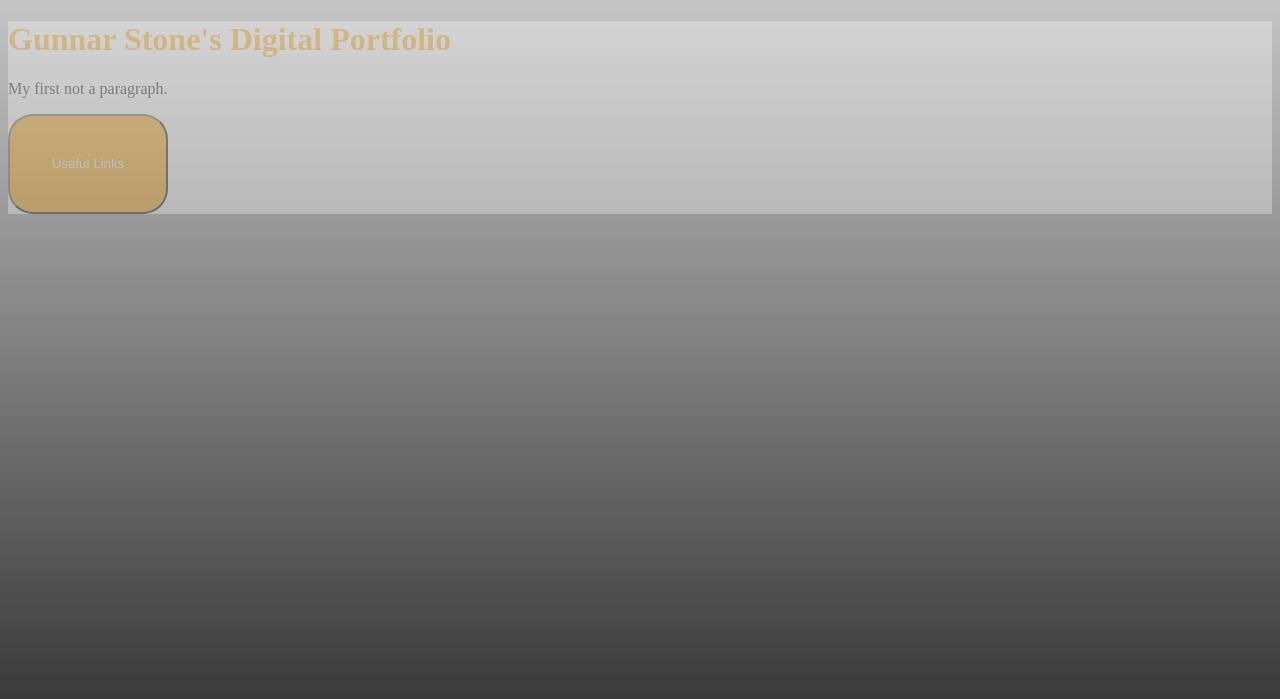
Repository: GunnarStone/GunnarStone.github.io
Page: index.html
The author's editor kept a record of every edit. The page is drawn from the files as they stood at one moment, then again after the next edit.
The browser window is 1280 px wide. The pictures show the whole page.

Above is the page before.

### index.html
<!DOCTYPE html>
<html>
    <head id="grad1">

        <style>
        body {background-color: white;}
        h1   {color: orange;}
        p    {color: black;}
        a:hover {
          background-color: orange;
          color:white;
        }
         .dropbtn {
          border-radius: 25px;
          background: orange;
          padding: 20px;
          width: 160px;
          height: 100px;
          color:white;
        }
        .dropdown {
          position: relative;
          display: inline-block;
        }
        .dropdown-content {
          border-radius: 25px;
          display: none;
          position: absolute;
          background-color: grey;
          min-width: 160px;
          box-shadow: 0px 8px 16px 0px rgba(0,0,0,0.2);
          z-index: 1;
        }
        .dropdown-content a {
         border-radius:25px;
         color: black;
         padding: 12px 16px;
         text-decoration: none;
         display: block;
        }
        .dropdown-content a:hover {color:white;}
        .dropdown-content a:hover {background-color: Orange;}
        .dropdown:hover .dropdown-content {display: block;}
        .dropdown:hover .dropbtn {background-color: orange;}
        .dropdown-text {
            font-size: 40px;
        }
        html {
          background: url(data:[embedded picture, 1707 characters]) no-repeat center fixed;
          background-size: cover;
        }
        body {
          opacity: 0.3;
          filter: alpha(opacity=30); /* For IE8 and earlier */
        }
        #body-interior{
             opacity: 20;
             filter: alpha(opacity=30); /* For IE8 and earlier */
        }
     </style>
        <title>My Little Digital Portfolio</title>
    </head>
    <body>

    <h1 >Gunnar Stone's Digital Portfolio</h1>
    <p>My first not a paragraph.</p>
    <div class="dropdown">
  <button class="dropbtn" class="dropdown-text">Useful Links</button>
  <div class="dropdown-content">
    <a href="https://www.google.com">Google</a>
    <a href="https://www.yahoo.com/">Yahoo</a>
    <a href="#">Link 3</a>
  </div>
</div>
    </body>
</html>

After the next edit:
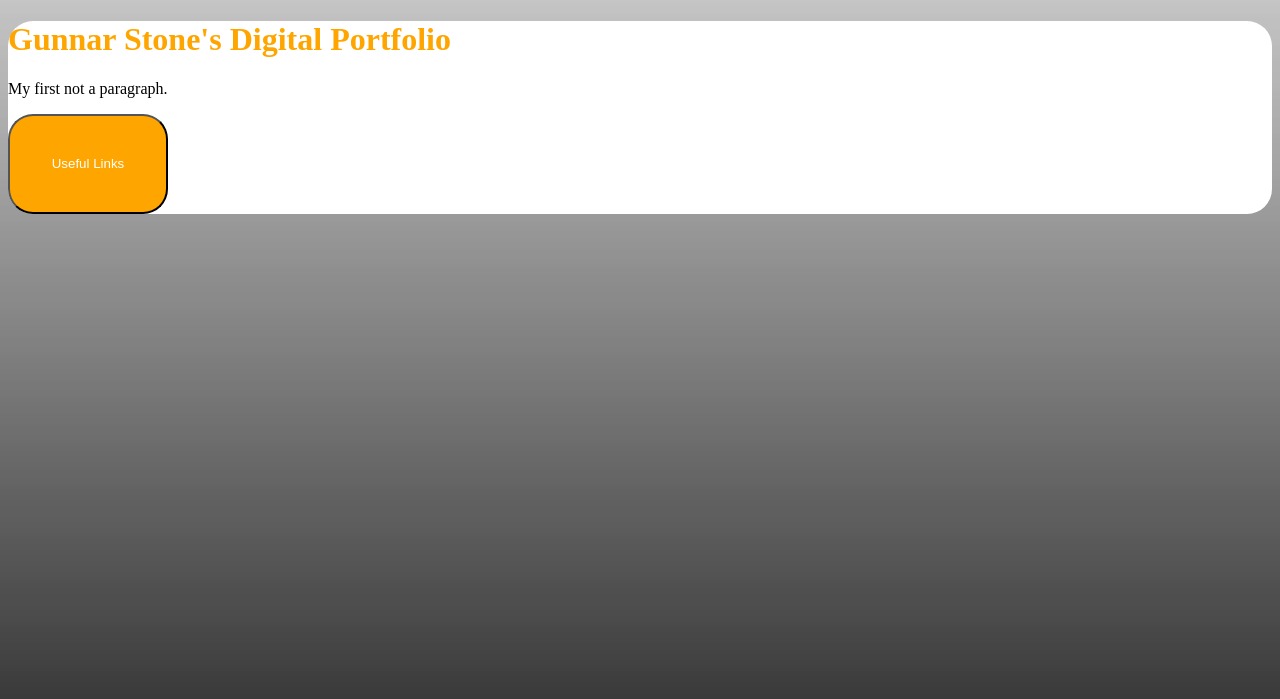
The edit:
--- a/index.html
+++ b/index.html
@@ -50,12 +50,7 @@
           background-size: cover;
         }
         body {
-          opacity: 0.3;
-          filter: alpha(opacity=30); /* For IE8 and earlier */
-        }
-        #body-interior{
-             opacity: 20;
-             filter: alpha(opacity=30); /* For IE8 and earlier */
+            border-radius:25px ;
         }
      </style>
         <title>My Little Digital Portfolio</title>
